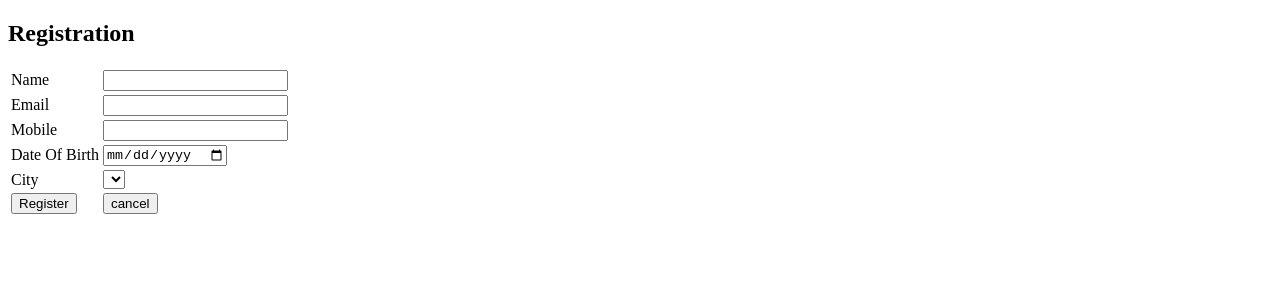
Repository: saurabh-7079/BookApp
Page: UserManagement/WebContent/home.html
An editor plug-in stored every save of this project. The page is shown before and after the next save, followed by the edit.
The browser window is 1280 px wide. The pictures show the whole page.

Above is the page before, as saved 2023-06-05 13:16:45.

### UserManagement/WebContent/home.html
<!DOCTYPE html>
<html>
<head>
<meta charset="ISO-8859-1">
<title>Insert title here</title>
</head>
<body>
   <form action="register" method="post">
      <h2>Registration </h2>
      <table>
      <tr>
      <td>Name</td>
      <td><input type="text" name="userName" required></td>
      </tr>
      <tr>
      <td>Email</td>
      <td><input type="email" name="email" required></td>
      </tr>
      <tr>
      <td>Mobile</td>
      <td><input type="text" name="mobile" required></td>
      </tr>
      <tr>
      <td>Date Of Birth</td>
      <td><input type="date" name="dob" required></td>
      </tr>
      <tr>
      <td>City</td>
      <td><select name="city>
          <opition value="pune">Pune</opition>
          <opition value="mumbai">Mumbai</opition>
          <opition value="delhi">Delhi</opition>
          <opition value="banglore">Banglore</opition>
      </select></td>
      </tr>
      <tr>
      <td><button type="submit"> Register</button></td>
      <td><button type="reset"> cancel</button></td>
      </tr>
      </table>

   </form>
</body>
</html>

After the next save:
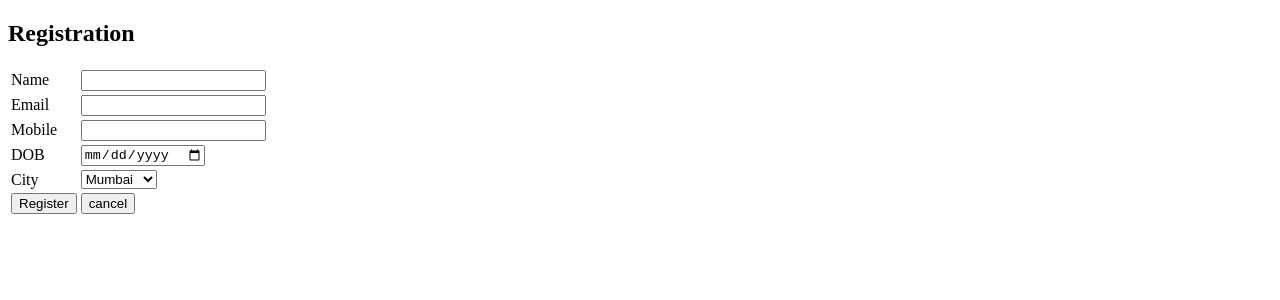
Saved 2 min 36 s later.
--- a/UserManagement/WebContent/home.html
+++ b/UserManagement/WebContent/home.html
@@ -21,16 +21,16 @@
       <td><input type="text" name="mobile" required></td>
       </tr>
       <tr>
-      <td>Date Of Birth</td>
+      <td>DOB</td>
       <td><input type="date" name="dob" required></td>
       </tr>
       <tr>
       <td>City</td>
       <td><select name="city>
-          <opition value="pune">Pune</opition>
-          <opition value="mumbai">Mumbai</opition>
-          <opition value="delhi">Delhi</opition>
-          <opition value="banglore">Banglore</opition>
+          <option value="pune">Pune</option>
+          <option value="mumbai">Mumbai</option>
+          <option value="delhi">Delhi</option>
+          <option value="banglore">Banglore</option>
       </select></td>
       </tr>
       <tr>
